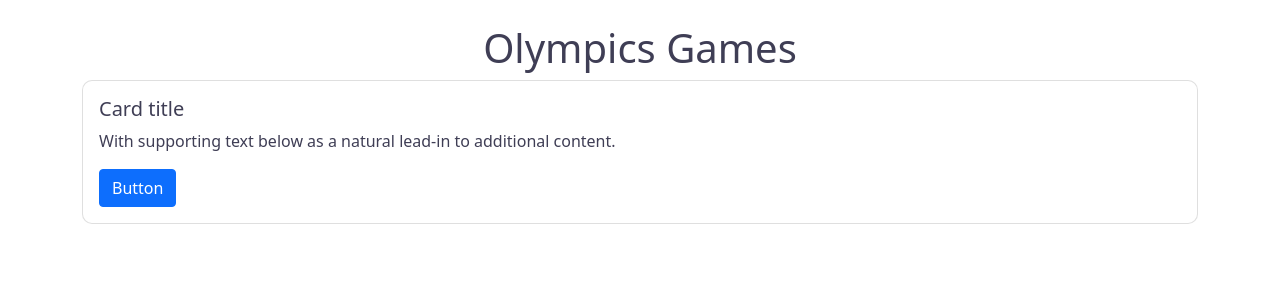
Repository: ahmedazawi/olympic_games
Page: client/views/index.html
An editor plug-in stored every save of this project. The page is shown before and after the next save, followed by the edit.
The browser window is 1280 px wide. The pictures show the whole page.

Above is the page before, as saved 2021-12-24 12:54:40.

After the next save:
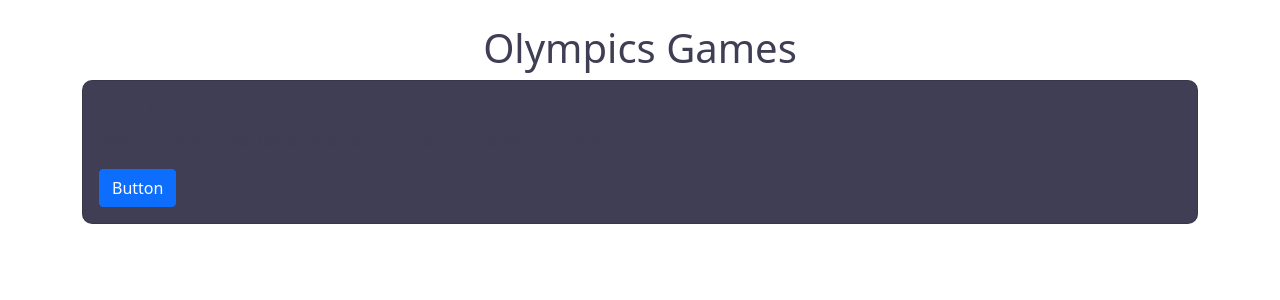
Saved 16 s later.
--- a/client/assets/css/index.css
+++ b/client/assets/css/index.css
@@ -4,4 +4,5 @@
 }
 .body-container .card {
   border-radius: 10px;
+  background-color: var(--appColor);
 }
